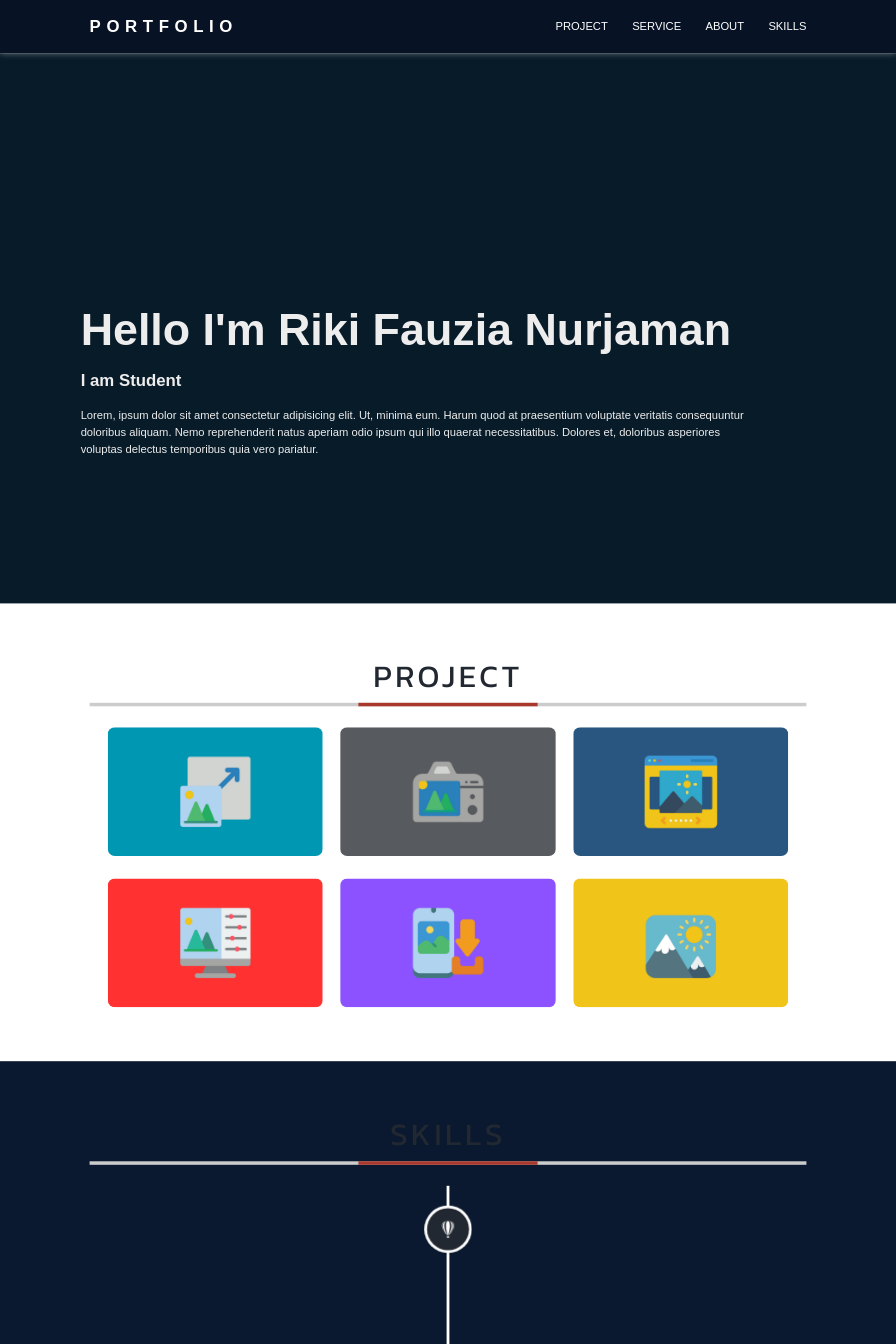
Repository: sellayspy/Portofolio
Page: /
An editor plug-in stored every save of this project. The page is shown before and after the next save, followed by the edit.
The browser window is 1280 px wide. The pictures show the part of the page from y = 0 to 1920 px (the page is 3913 px tall before and 3969 px after), at 70% of full size.
The project was rebuilt for these pictures with package versions that can differ from the ones it lists, and the page was loaded fresh each time. Also part of the build but not shown: vite.config.js, src/styles/DetailPortfolio.css, src/components/ScrollToTop.jsx, src/pages/DetailPortfolio.jsx, src/pages/PagesNotFound.jsx.

Above is the page before, as saved 2024-09-15 16:12:29.

After the next save:
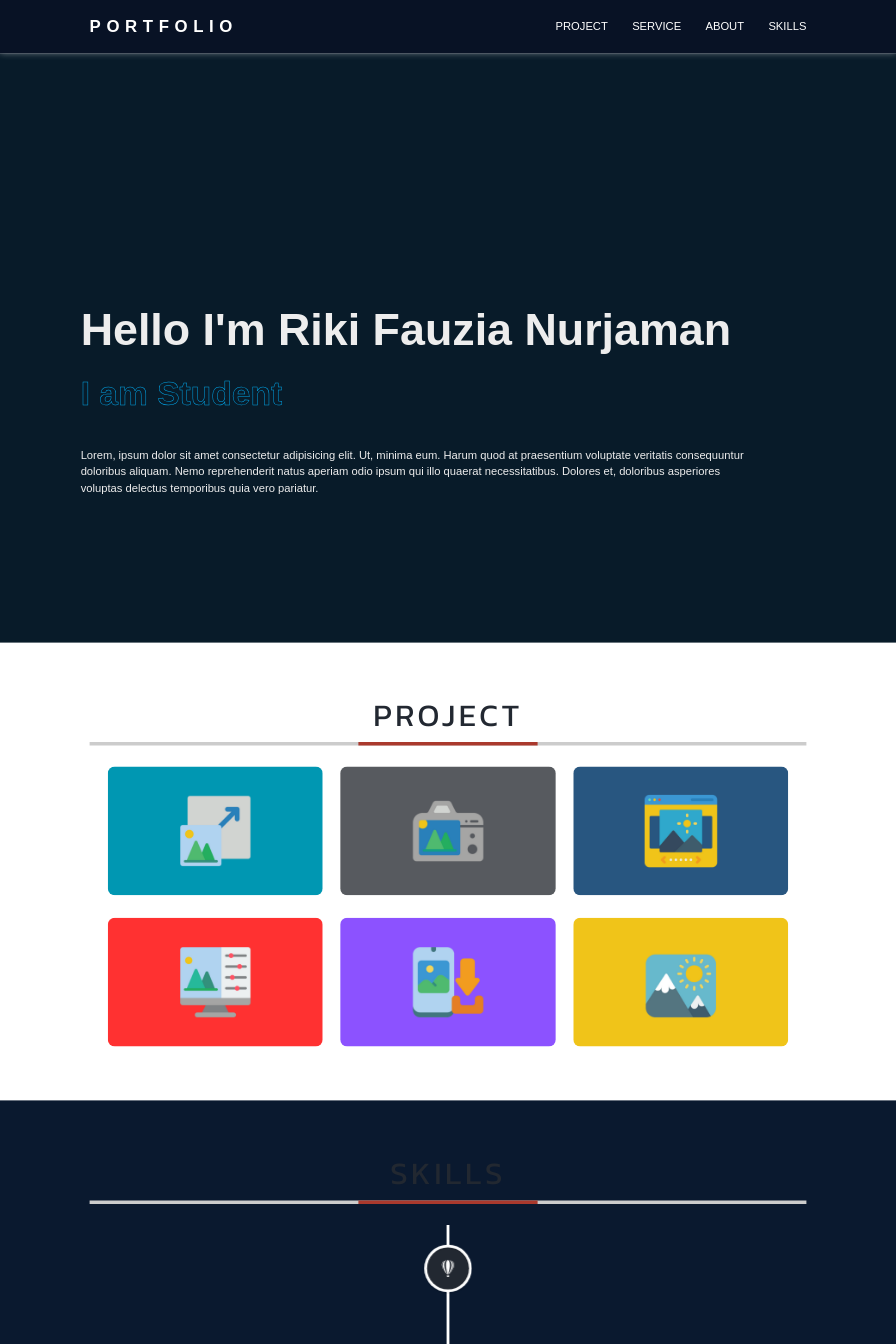
Saved 107 s later.
--- a/src/styles/Header.css
+++ b/src/styles/Header.css
@@ -23,6 +23,9 @@
 
 .header-jumbotron h2 {
   margin-top: -20px;
+  font-size: 3rem;
+  color: transparent;
+  -webkit-text-stroke: 0.7px var(--main-color);
 }
 
 /* .header-jumbotron > img {

After the save that followed:
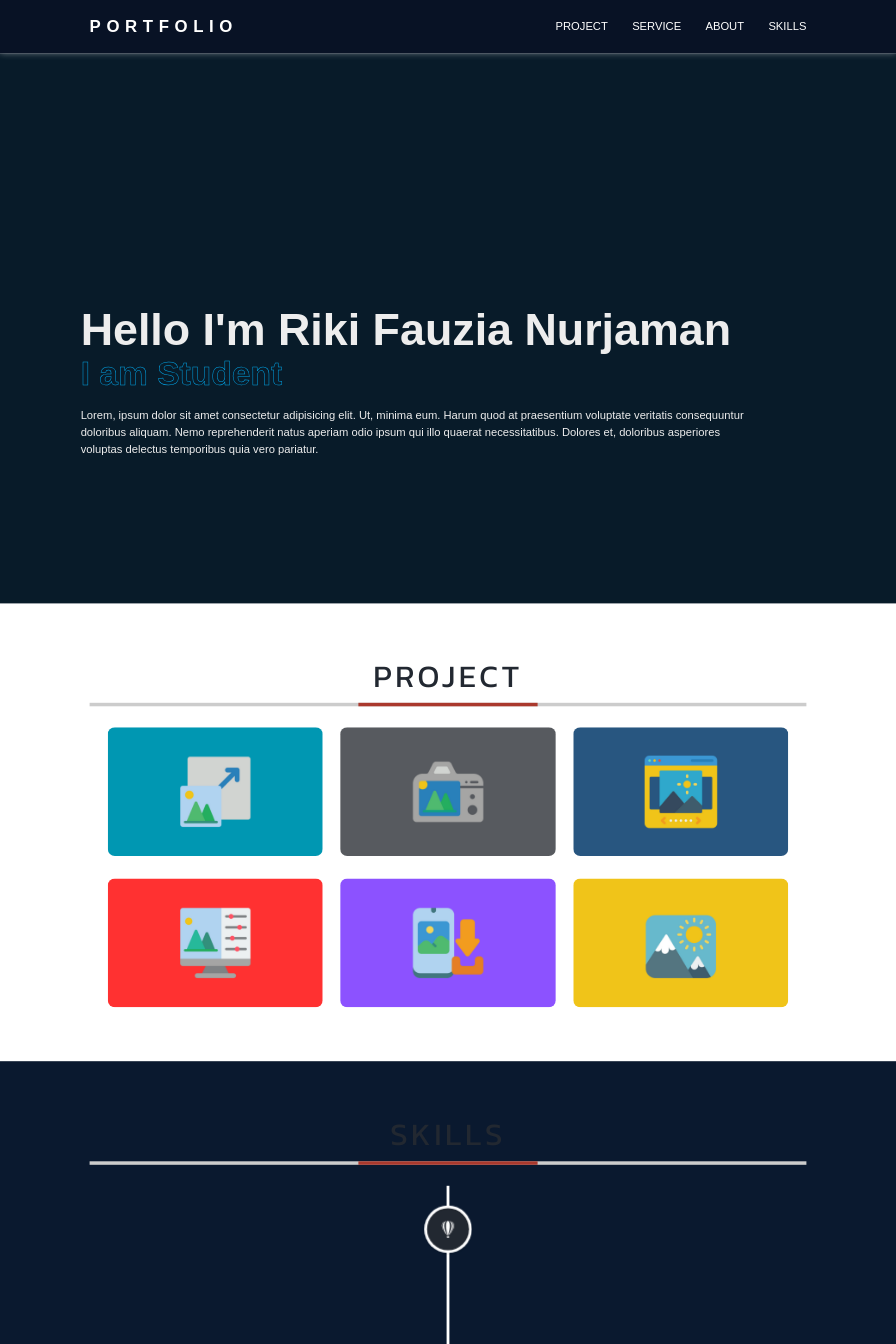
Saved 30 s later.
--- a/src/styles/Header.css
+++ b/src/styles/Header.css
@@ -26,6 +26,7 @@
   font-size: 3rem;
   color: transparent;
   -webkit-text-stroke: 0.7px var(--main-color);
+  line-height: 1rem;
 }
 
 /* .header-jumbotron > img {
